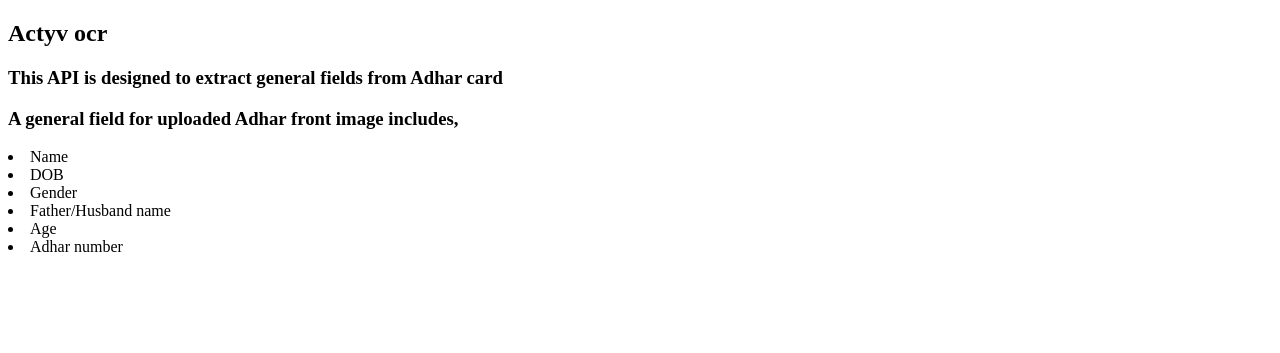
Repository: Sahana-M/OCR-for-Adhar
Page: template/home.html
An editor plug-in stored every save of this project. The page is shown before and after the next save, followed by the edit.
The browser window is 1280 px wide. The pictures show the whole page.

Above is the page before, as saved 2020-03-25 21:12:08.

### template/home.html
<!DOCTYPE html>
<html lang="en">
<head>
    <meta charset="UTF-8">
    <meta name="viewport" content="width=device-width, initial-scale=1.0">
    <meta http-equiv="X-UA-Compatible" content="ie=edge">
    <title>Actyv OCR</title>
</head>
<body>
        <h2>Actyv ocr</h2>
        <h3>This API is designed to extract general fields from Adhar card</h3>
        <h3>A general field for uploaded Adhar front image includes, </h3>
        <li>Name</li>
        <li>DOB</li>
        <li>Gender</li>
        <li>Father/Husband name</li>
        <li>Age</li>
        <li>Adhar number</li>
    </body>
</html>

After the next save:
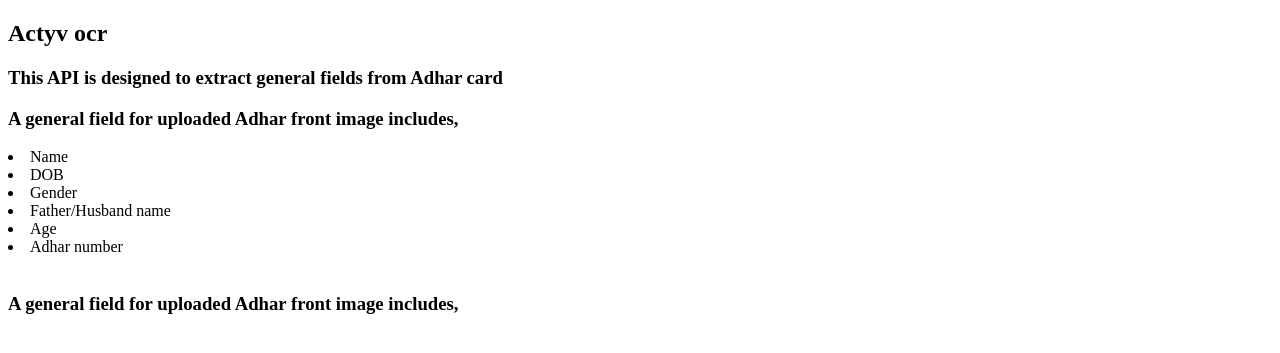
Saved 30 s later.
--- a/template/home.html
+++ b/template/home.html
@@ -16,5 +16,7 @@
         <li>Father/Husband name</li>
         <li>Age</li>
         <li>Adhar number</li>
+        <br>
+        <h3>A general field for uploaded Adhar front image includes, </h3>
     </body>
 </html>
